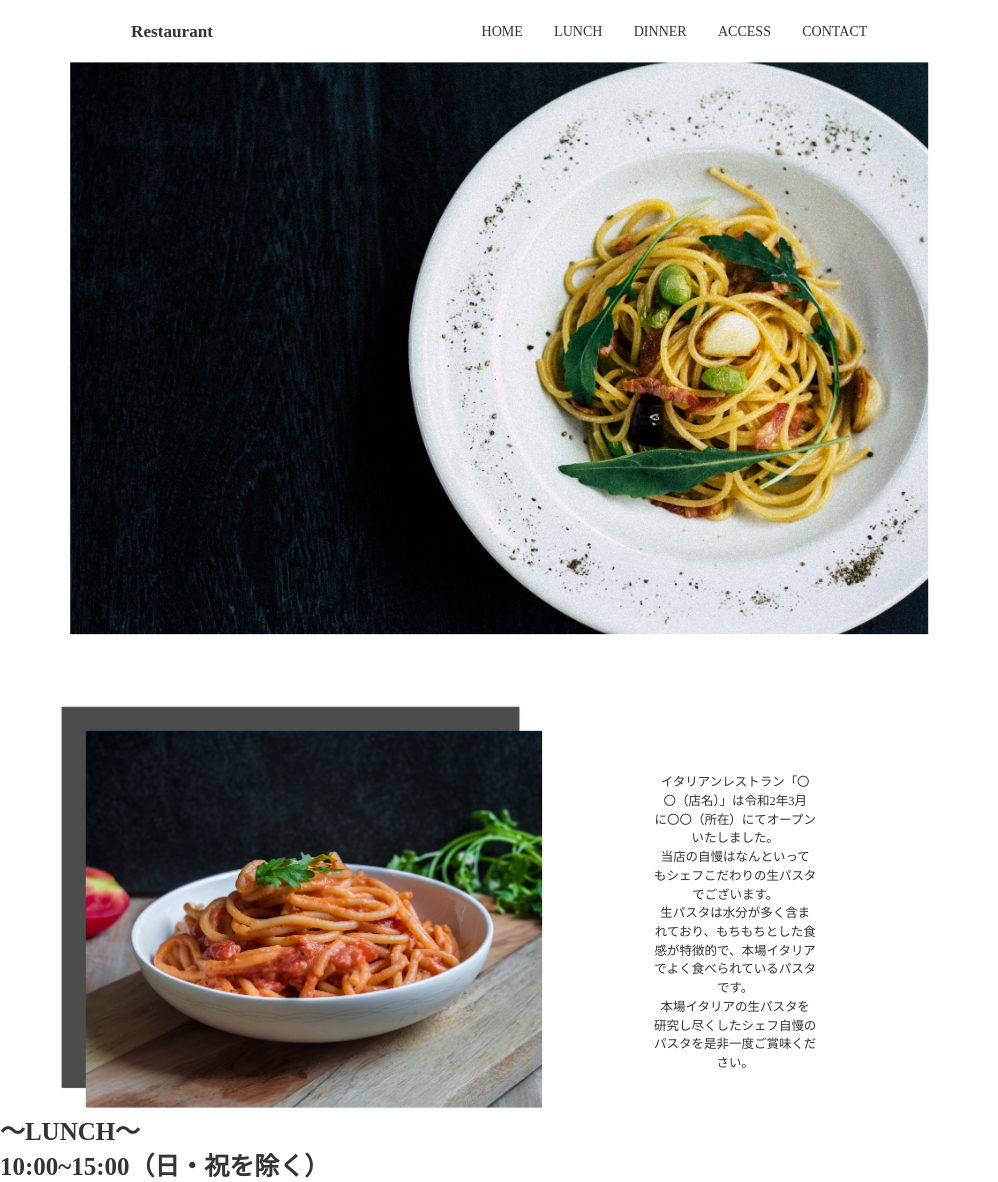
Repository: konatsu-0806/demo-site
Page: FromFigma/index.html
These files come from the project's save history. The page is drawn as it stood at one moment and after the next save; the edit follows.
The browser window is 1280 px wide. The pictures show the whole page, at 78% of full size.

Above is the page before, as saved 2023-02-08 17:28:31.

After the next save:
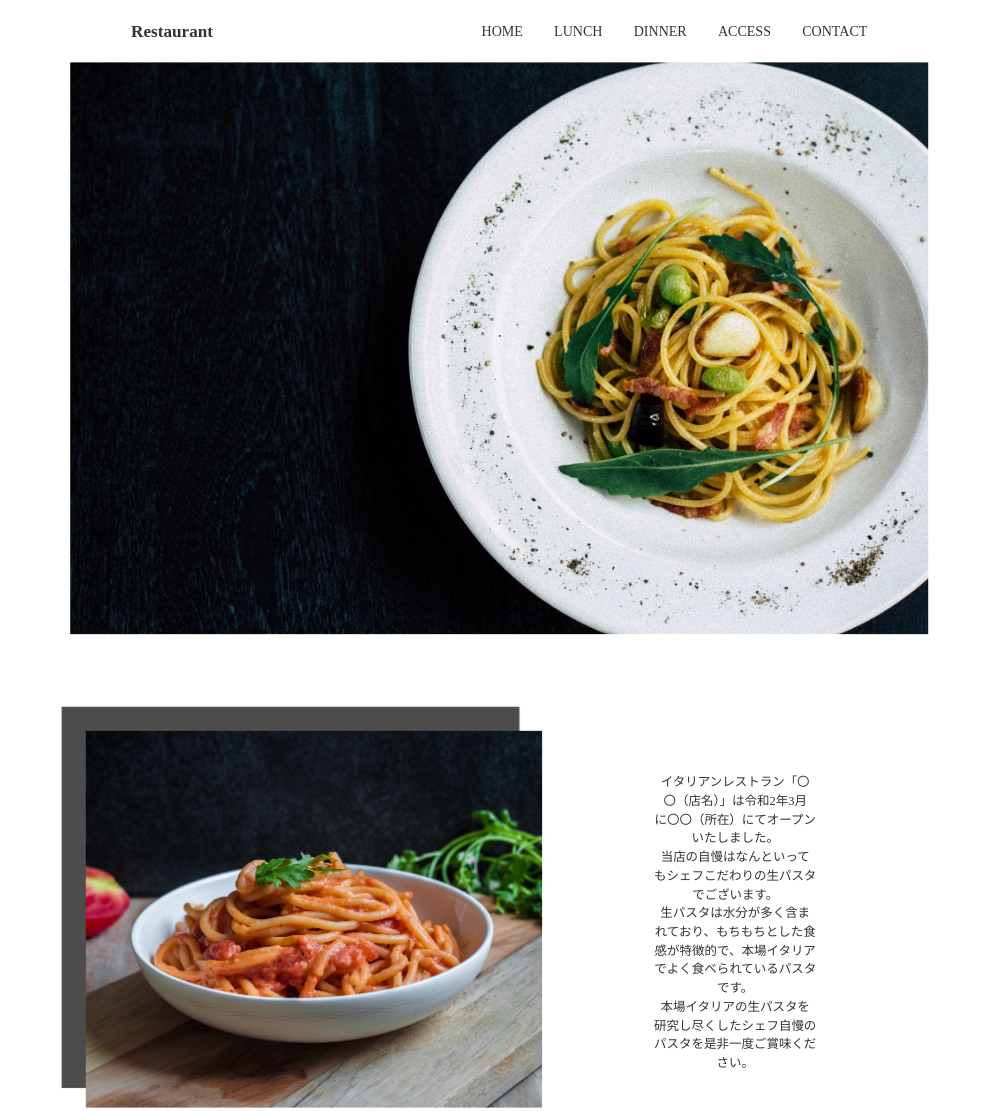
Saved 5 s later.
--- a/FromFigma/index.html
+++ b/FromFigma/index.html
@@ -71,9 +71,7 @@
 
 <div class="lunch">
   <div class="triangle"></div>
-  <h1>～LUNCH～<br />
-    10:00~15:00（日・祝を除く）<br />
-  </h1>
+
 </div>
 </body>
 

After the 2 saves that followed:
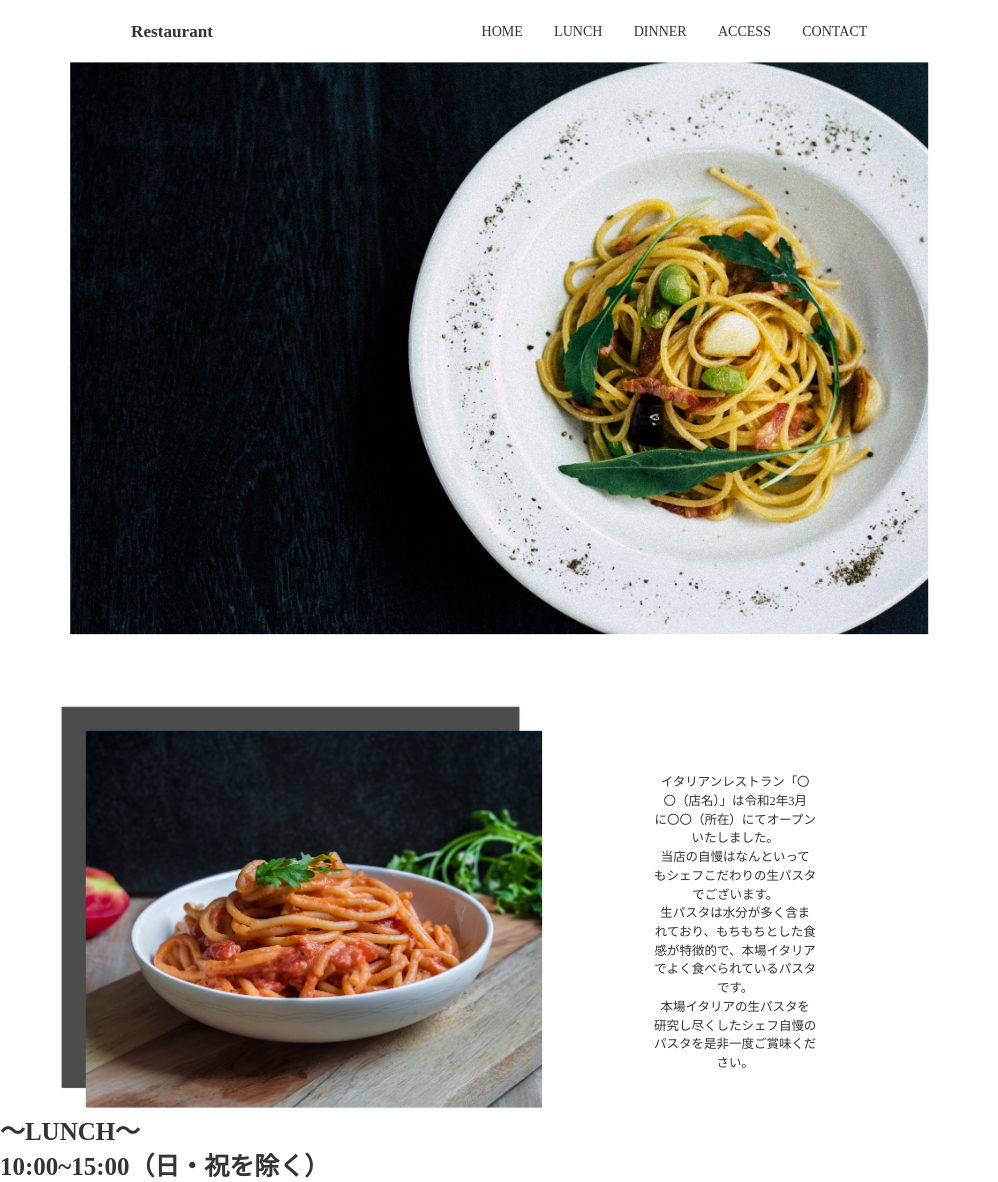
The 2 saves are shown as one change because they came seconds apart.
The last was saved 7 s later.
--- a/FromFigma/index.html
+++ b/FromFigma/index.html
@@ -71,7 +71,11 @@
 
 <div class="lunch">
   <div class="triangle"></div>
-
+  <div >
+    <h1>～LUNCH～<br />
+      10:00~15:00（日・祝を除く）<br />
+    </h1>
+  </div>
 </div>
 </body>
 
